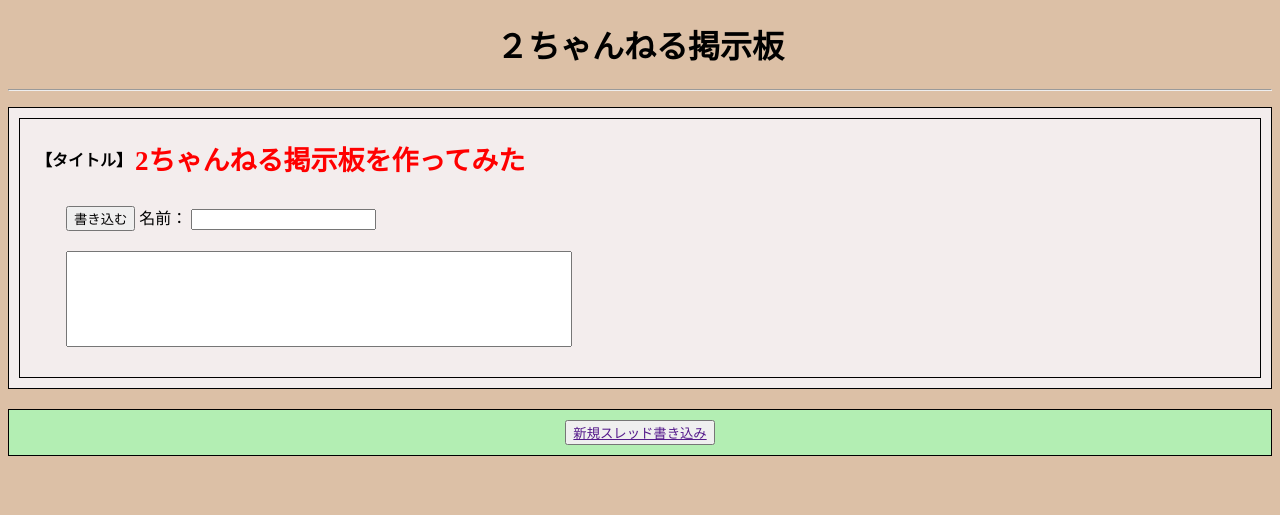
Repository: daidai0602/mba_portal
Page: http://localhost/
An editor plug-in stored every save of this project. The page is shown before and after a run of saves, followed by the edit.
The browser window is 1280 px wide. The pictures show the whole page.
The page is run by PHP 8.4 with error messages shown; the project is at /var/www/html/. Queries for data that is not in the repository find no rows.

Above is the page before, as saved 2023-11-27 14:34:20.

### index.php
<?php
include_once("./app/database/connect.php");
?>

<!DOCTYPE html>
<html lang="ja">

<head>
  <meta charset="UTF-8">
  <meta name="viewport" content="width=device-width, initial-scale=1.0">
  <title>2ちゃんねる掲示板</title>
  <link rel="stylesheet" href="./assets/css/style.css">
</head>

<body>
  <?php include("app/parts/header.php"); ?>
  <?php include("app/parts/validation.php"); ?>
  <?php include("app/parts/thread.php"); ?>
  <?php include("app/parts/newThreadButton.php"); ?>
</body>
</html>

### app/database/connect.php
<?php
$user = "root";

//DBと接続
try{
  $pdo = new PDO('mysql:host=localhost;dbname=2chan-bbs', $user, "");
} catch (PDOException $error){
  echo $error->getMessage();
}

### app/parts/header.php
<header>
    <h1 class = "title">２ちゃんねる掲示板</h1>
    <hr>
  </header>

### app/parts/validation.php
<?php

include_once("./app/database/connect.php");

$error_message = array();

if (isset($_POST["submitButton"])) {

  //お名前入力チェック
  if(empty($_POST['username'])){
    $error_message["username"] = "お名前を入力してください。";
  }else {
    //エスケープ処理
    $escaped["username"] = htmlspecialchars($_POST["username"], ENT_QUOTES, "UTF-8");
  }
    //コメント入力チェック
  if(empty($_POST["body"])){
    $error_message["body"] = "コメントを入力してください。";
  } else {
    //エスケープ処理
    $escaped["body"] = htmlspecialchars($_POST["body"], ENT_QUOTES, "UTF-8");
  }

  if(empty($error_message)){
      $post_date = date("Y-m-d H:i:s");

      $sql = "INSERT INTO `comment` (`username`, `body`, `post_date`) VALUES (:username, :body, :post_date);";
      $statement = $pdo->prepare($sql);

      //値をセットする
      $statement->bindParam(":username", $escaped["username"], PDO::PARAM_STR);
      $statement->bindParam(":body", $escaped["body"], PDO::PARAM_STR);
      $statement->bindParam(":post_date", $post_date, PDO::PARAM_STR);

      $statement->execute();

  }
}

$comment_array = array();

//コメントデータをテーブルから取得
$sql = "SELECT * FROM comment";
$statement = $pdo->prepare($sql);
$statement->execute();

$comment_array = $statement;
// var_dump($comment_array->fetchAll());

?>

<!-- バリデーションチェックのエラー分吐き出し -->
  <?php if(isset($error_message)) : ?>
    <ul class="errorMessage">
      <?php foreach ($error_message as $error) : ?>
        <li><?php echo $error ?></li>
      <?php endforeach; ?>
    </ul>
  <?php endif; ?>

### app/parts/thread.php
<?php

include_once("./app/database/connect.php");
include("app/functions/comment_add.php");
include("app/functions/comment_get.php");
?>


<div class="threadWrapper">
    <div class="childWrapper">
      <div class= "threadTitle">
        <span>【タイトル】</span>
        <h1>2ちゃんねる掲示板を作ってみた</h1>
      </div>
      <?php include("commentSection.php"); ?>
      <?php include("commentForm.php"); ?>

    </div>
  </div>

### app/functions/comment_add.php
<?php
$error_message = array();

if (isset($_POST["submitButton"])) {

  //お名前入力チェック
  if(empty($_POST['username'])){
    $error_message["username"] = "お名前を入力してください。";
  }else {
    //エスケープ処理
    $escaped["username"] = htmlspecialchars($_POST["username"], ENT_QUOTES, "UTF-8");
  }
    //コメント入力チェック
  if(empty($_POST["body"])){
    $error_message["body"] = "コメントを入力してください。";
  } else {
    //エスケープ処理
    $escaped["body"] = htmlspecialchars($_POST["body"], ENT_QUOTES, "UTF-8");
  }

  if(empty($error_message)){
      $post_date = date("Y-m-d H:i:s");

      $sql = "INSERT INTO `comment` (`username`, `body`, `post_date`) VALUES (:username, :body, :post_date);";
      $statement = $pdo->prepare($sql);

      //値をセットする
      $statement->bindParam(":username", $escaped["username"], PDO::PARAM_STR);
      $statement->bindParam(":body", $escaped["body"], PDO::PARAM_STR);
      $statement->bindParam(":post_date", $post_date, PDO::PARAM_STR);

      $statement->execute();

  }
}

### app/functions/comment_get.php
<?php
$comment_array = array();

//コメントデータをテーブルから取得
$sql = "SELECT * FROM comment";
$statement = $pdo->prepare($sql);
$statement->execute();

$comment_array = $statement;
// var_dump($comment_array->fetchAll());

### app/parts/commentSection.php
<section>
        <?php foreach($comment_array as $comment) : ?>
          <article>
            <div class="wrapper">
              <div class="nameArea">
                <span>名前：</span>
                <p class="username"><?php echo $comment["username"]; ?></p>
                <time?>：<?php echo $comment["post_date"]; ?></time>
              </div>
              <p class="comment"><?php echo $comment["body"]; ?></p>
            </div>
          </article>
        <?php endforeach ?>

      </section>

### app/parts/commentForm.php
<form class="formWrapper" method="POST">
        <div>
          <input type="submit" value="書き込む" name="submitButton">
          <label>名前：</label>
          <input type="text" name="username">
        </div>
        <div>
          <textarea class="commentTextArea" name="body"></textarea>
        </div>
 </form>

### app/parts/newThreadButton.php
<div class="newThreadWrapper">
  <div class="newChildThreadWrapper">
    <button><a href="">新規スレッド書き込み</a></button>
  </div>

</div>

### assets/css/style.css
body {
  background-color: #dcc0a6;
}
.title {
  text-align: center;
  font-style: 34px;
}
.threadWrapper {
  background-color: #f3eded;
  padding: 10px;
  max-width: 1300px;
  margin: 0px auto;
  border: 1px solid black;
  margin-bottom: 20px;
}
.childWrapper {
  border: 1px solid black;
  padding: 10px;
}
.threadTitle {
  display: flex;
  align-items: center;
  font-weight: 600;
  margin-left: 6px;
  height: 60px;
}
.threadTitle h1{
  color: red;
  margin-left: 3px;
  font-size: 27px;
}
section {
  padding: 0 10px;
}
section .nameArea {
  display: flex;
  align-items: center;
  margin-bottom: -14px;
}

section .username {
  color: rgb(0, 128, 9);
  font-weight: 700;
}

section .comment {
  margin-top: 0;
  margin-left:20px;
}

.formWrapper {
  padding: 16px;
  margin-left: 20px;
}

.commentTextArea {
  margin-top: 20px;
  width: 500px;
  height: 90px;
  resize: none;
}

.errorMessage {
  color: red;
  margin-left: 70px;
}

/*新規スレッド*/
.newThreadWrapper {
  background-color: #b3eeb3;
  padding: 10px;
  max-width: 1300px;
  margin: 0 auto;
  border: 1px solid black;
  margin-bottom: 20px;
}

.newChildThreadWrapper{
  text-align: center;
}

After the next 3 saves:
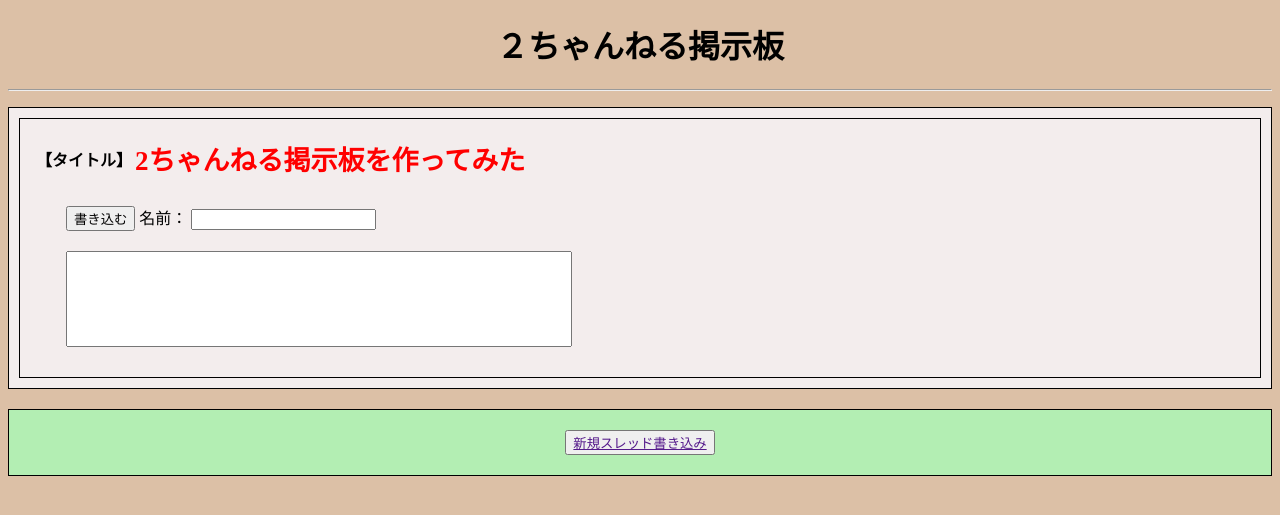
The 3 saves are shown as one change because they came seconds apart.
The last was saved 11 s later.
--- a/assets/css/style.css
+++ b/assets/css/style.css
@@ -77,4 +77,6 @@
 
 .newChildThreadWrapper{
   text-align: center;
+  padding: 10px;
+  border: ;
 }
